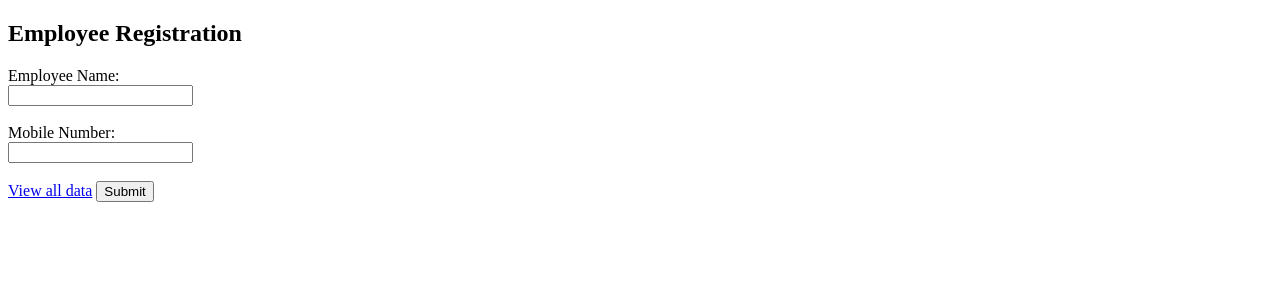
Repository: Rahul-Yadav-72/JAVA-ADVANCE
Page: http://localhost/JDBC__DB/
The author's editor kept a copy of each file at every save. The page is drawn from the files as they stood at one save, then again after the next save.
The browser window is 1280 px wide. The pictures show the whole page.
The page is served by Tomcat 10.

Above is the page before, as saved 2025-12-31 04:57:14.

After the next save:
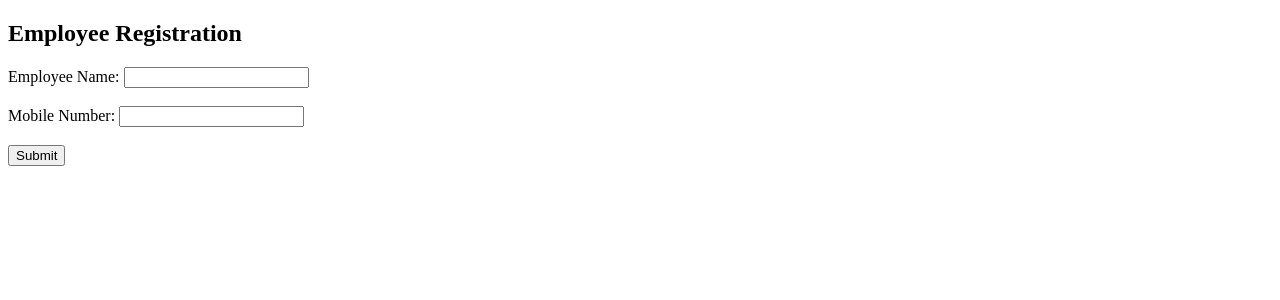
Saved 4 min 17 s later.
--- a/JDBC__DB/src/main/webapp/index.jsp
+++ b/JDBC__DB/src/main/webapp/index.jsp
@@ -10,14 +10,9 @@
 
 <h2>Employee Registration</h2>
 
-<form action="insert" method="get">
-    <label>Employee Name:</label><br>
-    <input type="text" name="empname" required><br><br>
-
-    <label>Mobile Number:</label><br>
-    <input type="text" name="mobileno" required><br><br>
-    <a href="select">View all data</a>
-
+<form action="insert" method="post">
+    Employee Name: <input type="text" name="empname" required><br><br>
+    Mobile Number: <input type="text" name="mobileno" required><br><br>
     <input type="submit" value="Submit">
 </form>
 
